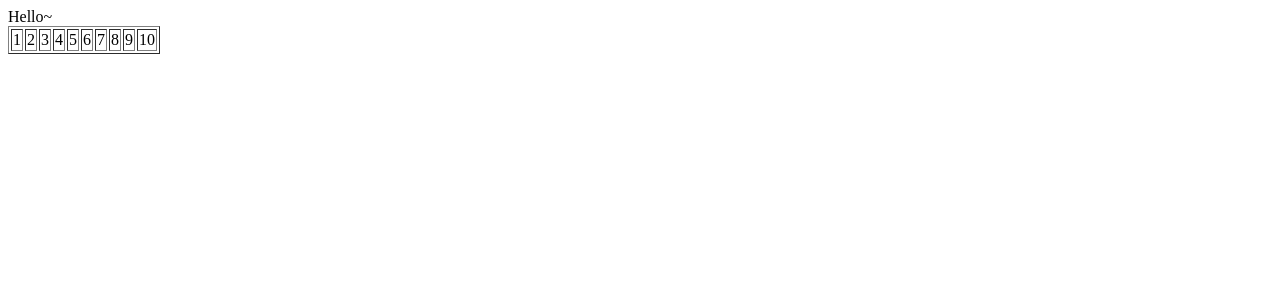
Repository: HeonchanKim/smhrd_jsp
Page: http://localhost/JSP/ex02.jsp
An editor plug-in stored every save of this project. The page is shown before and after the next save, followed by the edit.
The browser window is 1280 px wide. The pictures show the whole page.
The page is served by Tomcat 9.

Above is the page before, as saved 2022-01-28 06:29:14.

After the next save:
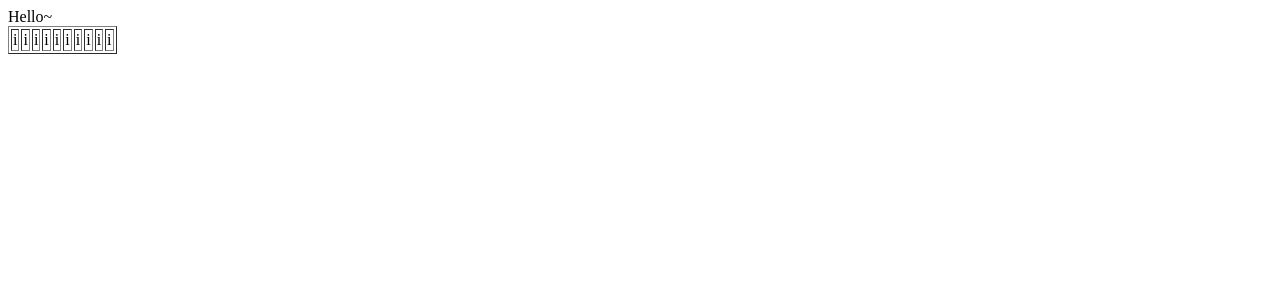
Saved 90 s later.
--- a/JSP/src/main/webapp/ex02.jsp
+++ b/JSP/src/main/webapp/ex02.jsp
@@ -16,9 +16,11 @@
 	<table border="1">
 		<tr>
 			<%-- 아래에 있는 td태그를 10번 반복하시오 --%>
-			<%for(int i=1;i<=10;i++){%>
-			<td><%= i %></td>
-			<%}%>
+			<%for(int i=1;i<=10;i++){
+
+				out.print("<td>i</td>");
+
+			}%>
 		</tr>
 	</table>
 

After the save that followed:
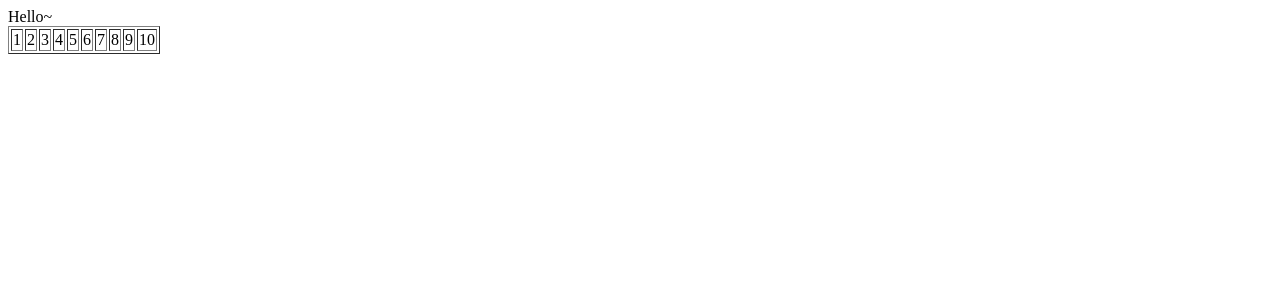
Saved 15 s later.
--- a/JSP/src/main/webapp/ex02.jsp
+++ b/JSP/src/main/webapp/ex02.jsp
@@ -18,7 +18,7 @@
 			<%-- 아래에 있는 td태그를 10번 반복하시오 --%>
 			<%for(int i=1;i<=10;i++){
 
-				out.print("<td>i</td>");
+				out.print("<td>"+i+"</td>");
 
 			}%>
 		</tr>
